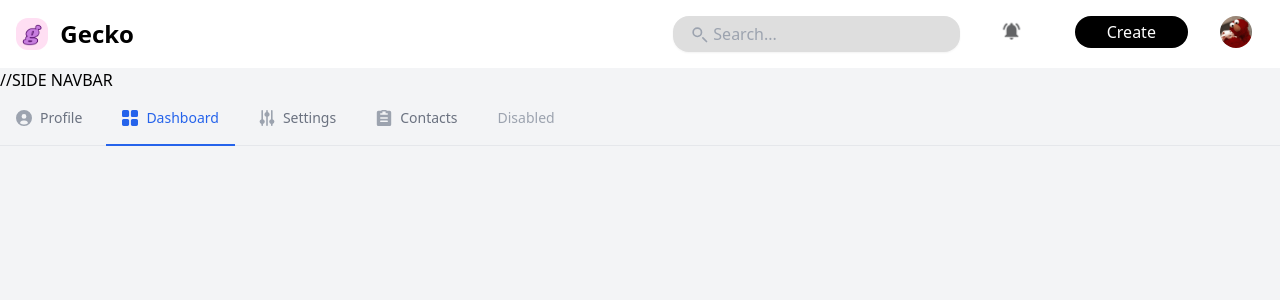
Repository: theamgri/thesis-website-nextjs
Page: website.html
An editor plug-in stored every save of this project. The page is shown before and after the next save, followed by the edit.
The browser window is 1280 px wide. The pictures show the whole page.

Above is the page before, as saved 2023-10-02 08:53:38.

After the next save:
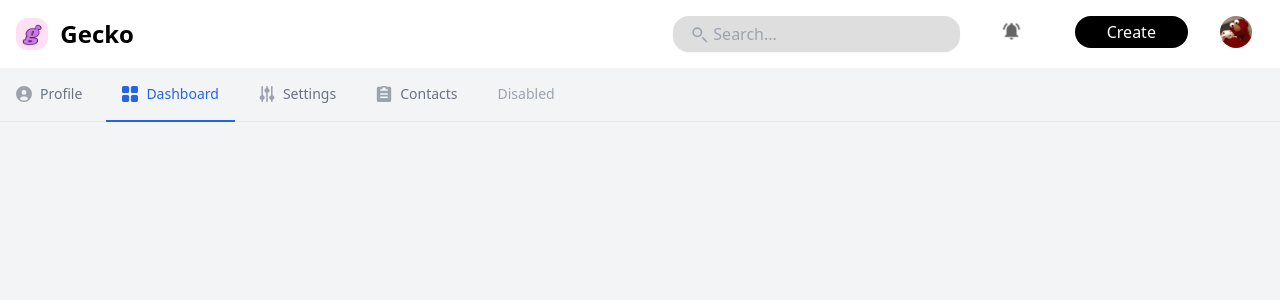
Saved 87 s later.
--- a/website.html
+++ b/website.html
@@ -76,7 +76,7 @@
       </div>
     </div>
   </nav>
-  //SIDE NAVBAR
+<!-- //SIDE NAVBAR -->
 
 <div class="border-b border-gray-200 dark:border-gray-700">
   <ul class="flex flex-wrap -mb-px text-sm font-medium text-center text-gray-500 dark:text-gray-400">
